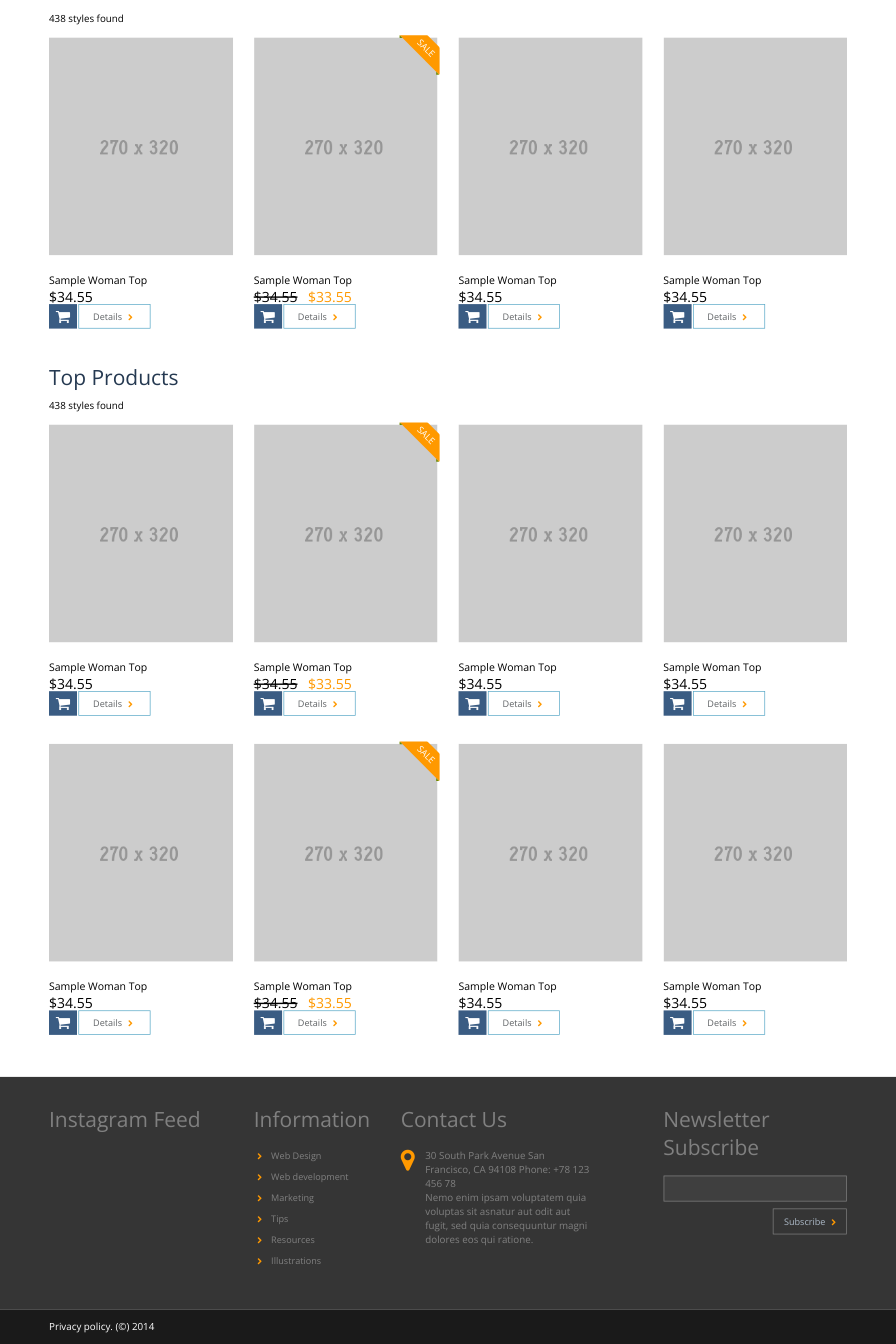
Repository: yha24/Laravel
Page: http://localhost/ha
The author's editor kept a copy of each file at every save. The page is drawn from the files as they stood at one save, then again after the next save.
The browser window is 1280 px wide. The pictures show the part of the page from y = 809 to 2729 px (the page is 2729 px tall), at 70% of full size.
Some web fonts or font styles are not loaded; a fallback is used. Some web libraries are served in a nearby version. The page is served by the project's Laravel application, run on PHP 8.4 with Laravel 10. The database holds what the project's SQL file puts in it.

Above is the page before, as saved 2023-06-01 18:15:15.

After the next save:
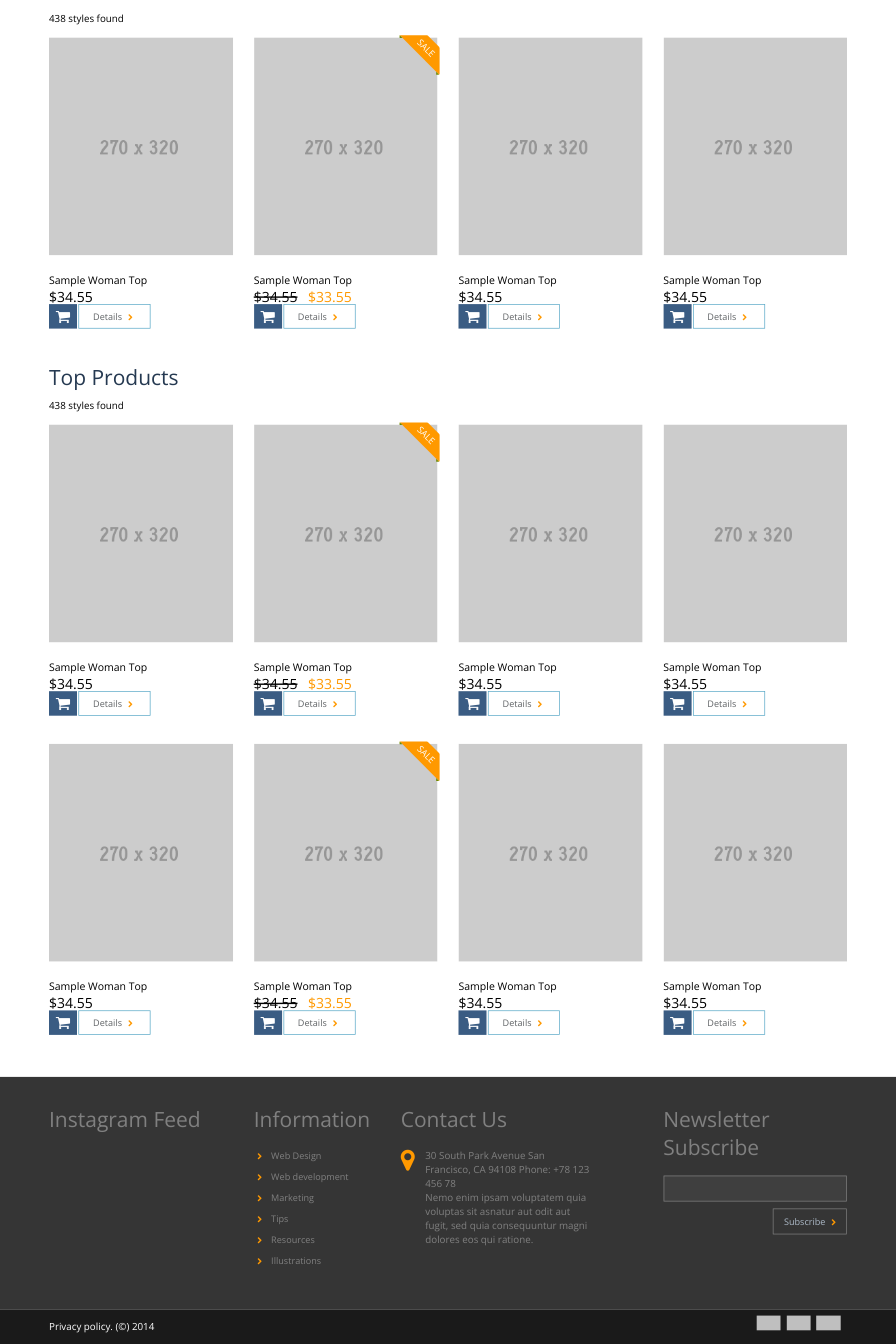
Saved 4 min 26 s later.
--- a/resources/views/footer.blade.php
+++ b/resources/views/footer.blade.php
@@ -63,7 +63,7 @@
     <div class="container">
         <p class="pull-left">Privacy policy. (&copy;) 2014</p>
         <p class="pull-right pay-options">
-            <a href="#"><img src="source/image/product/111.jpg" alt="" /></a>
+            <a href="#"><img src="source/assets/dest/images/pay/master.jpg" alt="" /></a>
             <a href="#"><img src="source/assets/dest/images/pay/pay.jpg" alt="" /></a>
             <a href="#"><img src="source/assets/dest/images/pay/visa.jpg" alt="" /></a>
             <a href="#"><img src="sassets/dest/images/pay/paypal.jpg" alt="" /></a>
